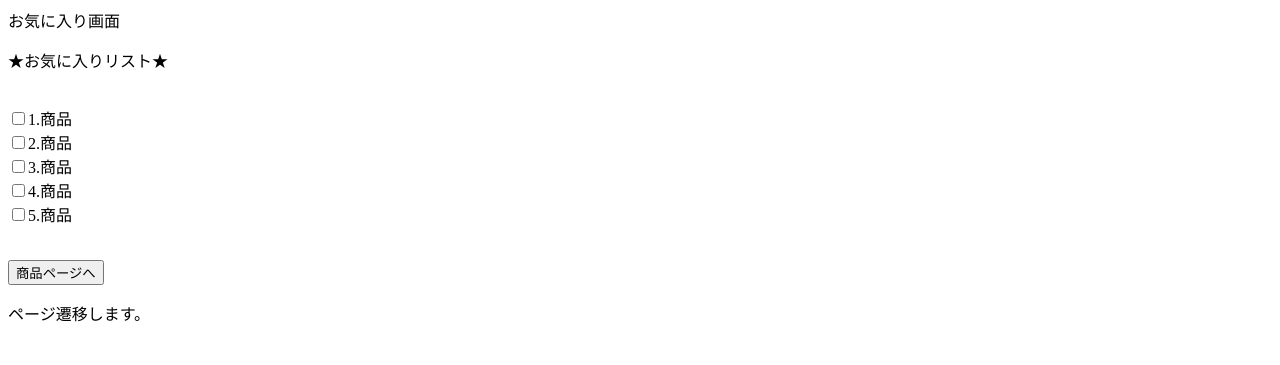
Repository: nathox/backup
Page: http://localhost/Favorite/
These files come from the project's save history. The page is drawn as it stood at one moment and after the next save; the edit follows.
The browser window is 1280 px wide. The pictures show the whole page.
The page is served by Tomcat 9. Other server files are loaded and not shown.

Above is the page before, as saved 2018-02-06 01:33:08.

### Favorite/WebContent/a.jsp
<%@ page language="java" contentType="text/html; charset=UTF-8"
    pageEncoding="UTF-8"%>
<!DOCTYPE html PUBLIC "-//W3C//DTD HTML 4.01 Transitional//EN" "http://www.w3.org/TR/html4/loose.dtd">
<html>
<head>
<meta http-equiv="Content-Type" content="text/html; charset=UTF-8">
<title>Insert title here</title>
</head>
<body>



<form name="frmMove">
<script language=javascript>
function obakasannemou(){
objChk = frmMove.chkMove //チェックボックスオブジェクトを参照
str = ""; //チェック内容を代入する変数
for(i = 0 ; i < objChk.length;i++){
if(objChk[i].checked) str += objChk[i].value
}
switch(str){
case "1":
location.href="https://www.yahoo.co.jp/";
break;
case "2":
location.href="https://www.google.co.jp";
break;

case "3":
location.href="https://www.biglobe.ne.jp/";
break;

case "4":
location.href="https://www.goo.ne.jp/";
break;

case "5":
location.href="https://www.google.co.jp/maps";
break;


}
}
</script>

お気に入り画面
<p>
★お気に入りリスト★
</p>

<p>
<br>
<input type="checkbox" value="1" name="chkMove">1.商品
<br><input type="checkbox" value="2" name="chkMove">2.商品
<br><input type="checkbox" value="3" name="chkMove">3.商品
<br><input type="checkbox" value="4" name="chkMove">4.商品
<br><input type="checkbox" value="5" name="chkMove">5.商品
</p>

<p>
<br><input type="button" value="商品ページへ" onclick="obakasannemou()">

</p>
</form>


<div class="frame" onclick="frameClick();">ページ遷移します。</div>


</body>
</html>

After the next save:
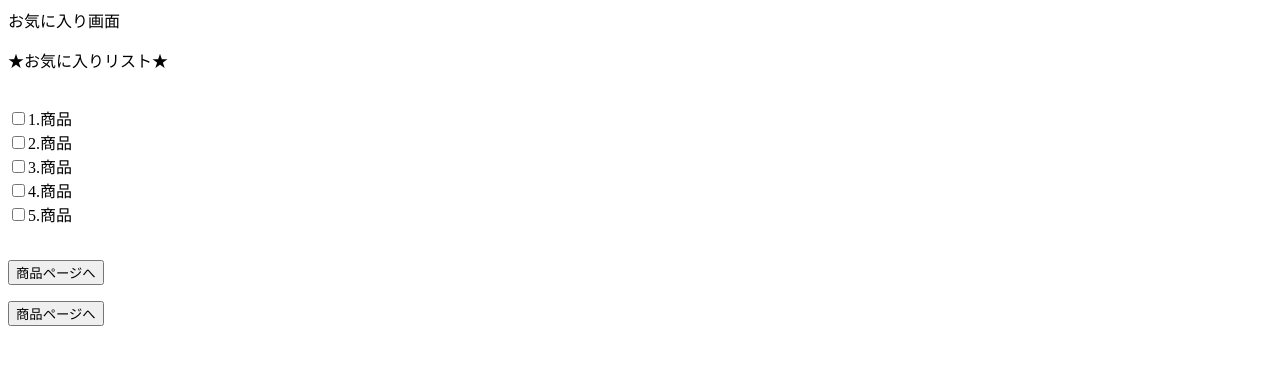
Saved 94 s later.
--- a/Favorite/WebContent/a.jsp
+++ b/Favorite/WebContent/a.jsp
@@ -64,7 +64,7 @@ break;
 </form>
 
 
-<div class="frame" onclick="frameClick();">ページ遷移します。</div>
+<input type="button" value="商品ページへ" onclick="obakasannemou()">
 
 
 </body>
